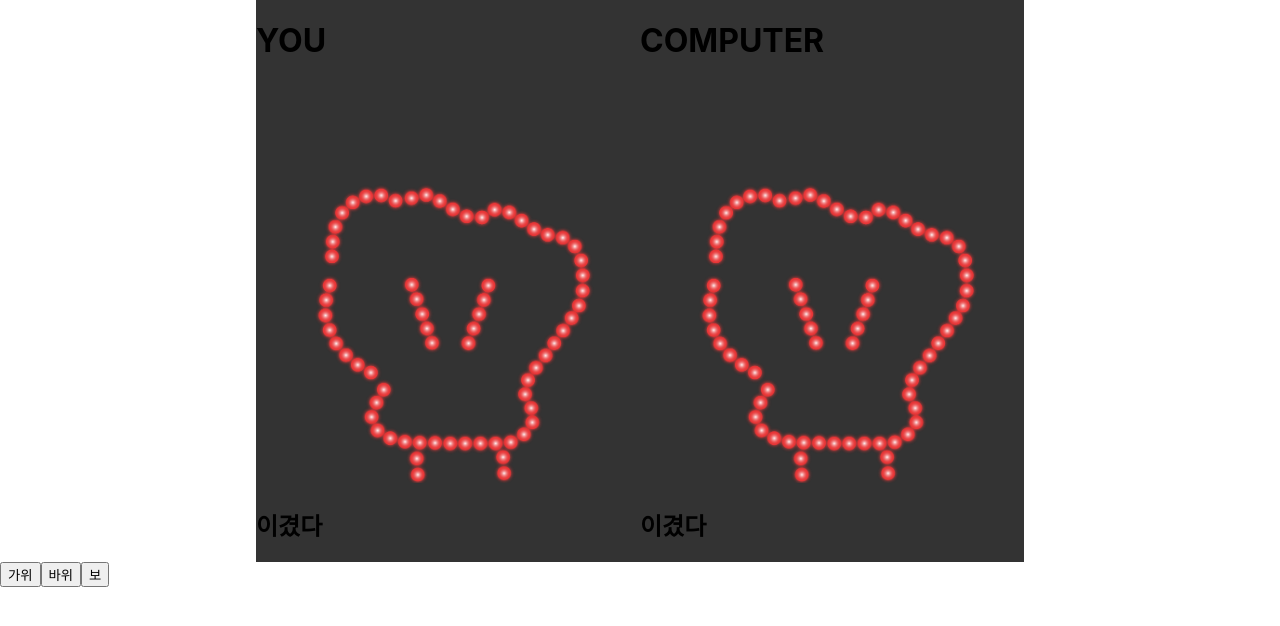
Repository: KIMMIHYE12/classComponent
Page: /
An editor plug-in stored every save of this project. The page is shown before and after the next save, followed by the edit.
The browser window is 1280 px wide. The pictures show the whole page.
The project was rebuilt for these pictures with package versions that can differ from the ones it lists, and the page was loaded fresh each time.

Above is the page before, as saved 2024-03-18 20:50:26.

After the next save:
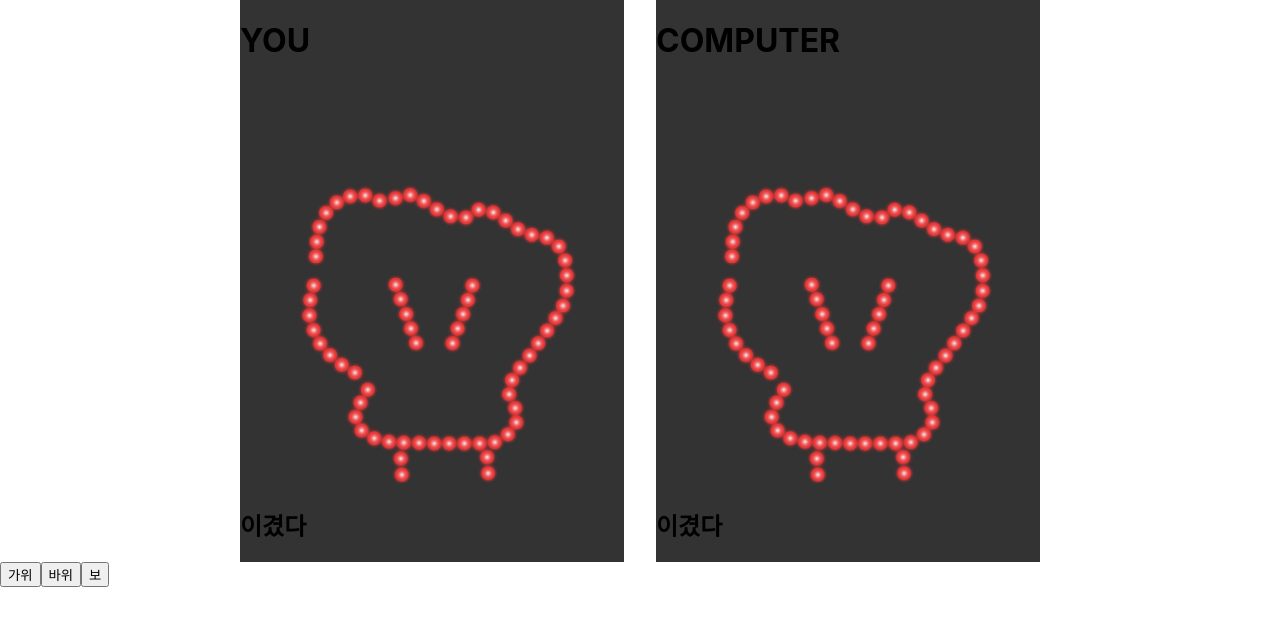
Saved 41 s later.
--- a/src/App.css
+++ b/src/App.css
@@ -5,6 +5,7 @@
 }
 .box {
   width: 30%;
+  margin: 0 1em;
   background: #333;
 }
 img {
